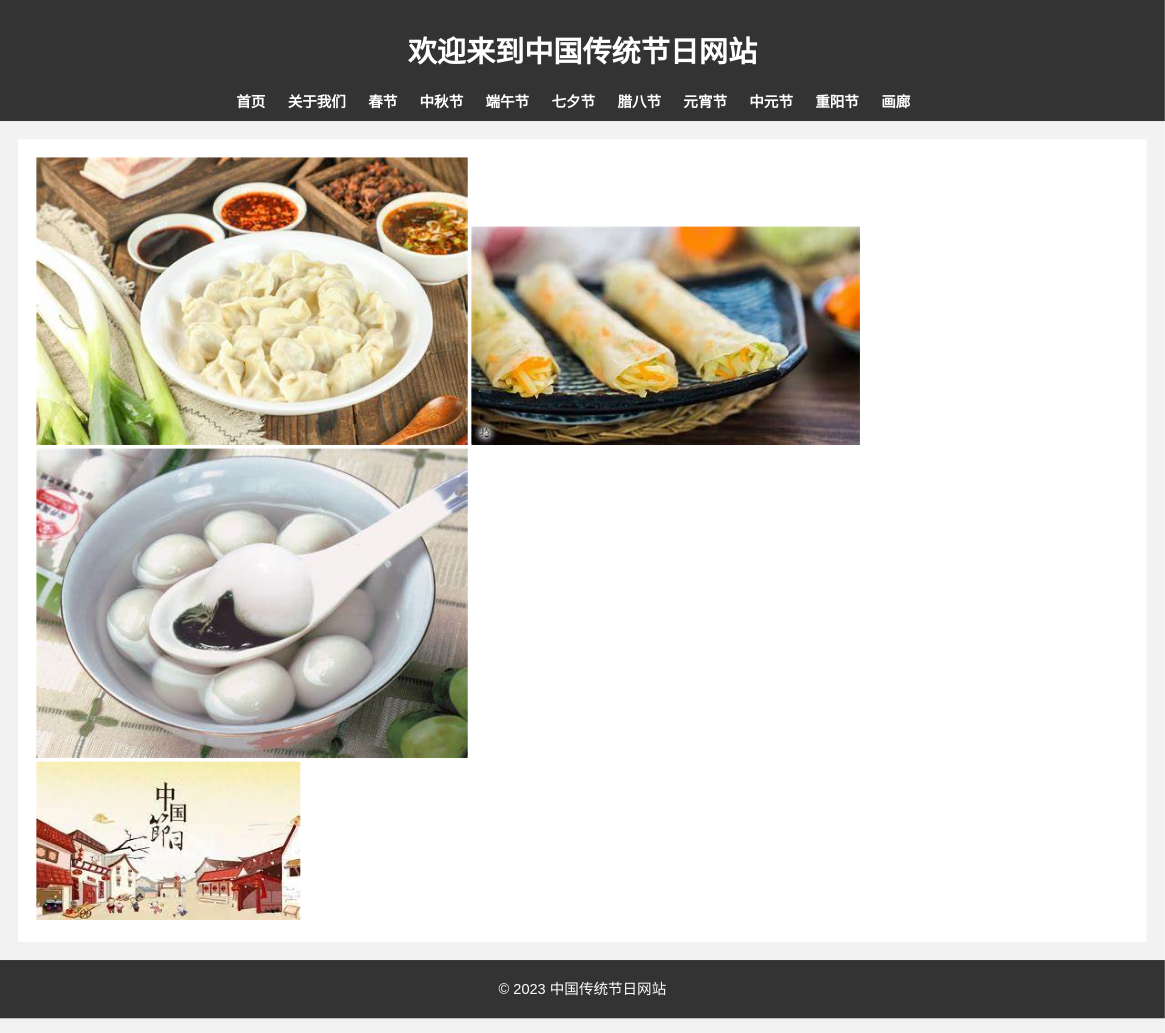
Repository: XueJie1/computer-operation-basics
Page: pages/gallery.html
An editor plug-in stored every save of this project. The page is shown before and after the next save, followed by the edit.
The browser window is 1280 px wide. The pictures show the whole page, at 91% of full size.

Above is the page before, as saved 2023-09-04 18:56:50.

### pages/gallery.html
<!DOCTYPE html>
<html lang="zh-CN">

<head>
    <meta charset="UTF-8">
    <meta name="viewport" content="width=device-width, initial-scale=1.0">
    <title>画廊 —— 中国传统节日</title>
    <link rel="stylesheet" type="text/css" href="../css/styles.css" />
    <script src="https://cdn.bootcdn.net/ajax/libs/jquery/3.6.4/jquery.js"></script>
</head>

<body>
    <header>
        <h1>欢迎来到中国传统节日网站</h1>
        <nav>
            <ul>
                <li><a href="index.html">首页</a></li>
                <li><a href="about.html">关于我们</a></li>
                <li><a href="./springfes/springfestival.html">春节</a></li>
                <li><a href="./midautumn/midautumnfestival.html">中秋节</a></li>
                <li><a href="./dragonboatfes/dragonboatfestival.html">端午节</a></li>
                <li><a href="./qixifes/qixifestival.html">七夕节</a></li>
                <li><a href="./labafes/labafestival.html">腊八节</a></li>
                <li><a href="./lanternfes/lanternfestival.html">元宵节</a></li>
                <li><a href="./hungryghostfes/hungryghostfestival.html">中元节</a></li>
                <li><a href="./doubleninthfes/doubleninthfestival.html">重阳节</a></li>
                <li><a href="#">画廊</a></li>
            </ul>
        </nav>
    </header>
    <main>
        <div class="gallery">
            <div class="thumbnails">
                <img src="../img/jiaozi.jpg" alt="jiaozi">
                <img src="../img/chunbing.jpg" alt="chunbing">
                <img src="../img/yuanxiao.jpg" alt="yuanxiao">

            </div>
            <div class="main-image">
                <img src="../img/banner.jpeg" alt="banner">
            </div>
        </div>
    </main>


    <footer>
        <p>&copy; 2023 中国传统节日网站</p>
    </footer>
</body>

</html>

### css/styles.css

body {
    font-family: Arial, sans-serif;
    margin: 0;
    padding: 0;
    background-color: #f2f2f2;
}

header , .header{
    background-color: #333;
    color: #fff;
    padding: 10px 0;
}


.header h1, header h1{
    text-align: center;
    text-decoration: none;
    color: #fff;
}

.banner {
    text-align: center;
    width: 100%;
    height: auto;
}

nav ul {
    list-style-type: none;
    margin: 0;
    padding: 0;
    text-align: center;
}

nav ul li {
    display: inline;
    margin-right: 20px;
}

nav ul li a {
    text-decoration: none;
    color: #fff;
    font-weight: bold;
    font-size: 16px;
}

nav ul li a:hover {
    color: #ff9900; /* 鼠标悬停时的颜色 */
}

main {
    margin: 20px 20px 20px 20px;
}

footer p , .footer p{
    color: #fff;
    text-align: center;
    background-color: #333;
    padding-top: 20px;
    padding-bottom: 20px;
}

/* 为网页容器设置样式 */
.container {
    display: flex;
}

/* 侧边栏样式 */
.sidebar {
    flex: 0 0 10%; /* 侧边栏占据25%的宽度 */
    background-color: #333;
    color: #fff;
    padding: 20px;
}

.sidebar ul {
    list-style-type: none;
    padding: 0;
}

.sidebar ul li {
    margin-bottom: 10px;
}

.sidebar ul li a {
    text-decoration: none;
    color: #fff;
    font-weight: bold;
    font-size: 16px;
}

/* 主内容区域样式 */
main {
    flex: 0 0 75%; /* 主内容区域占据75%的宽度 */
    background-color: #fff;
    padding: 20px;
}

/* 标题样式 */
/* h1 {
    font-size: 28px;
    color: #333;
    margin-top: 0;
} */

h2 {
    text-align: center;
    font-size: 24px;
    color: #333;
}

h3 {
    text-align: center;
}

/* 正文样式 */
p {
    font-size: 16px;
    line-height: 1.5;
    color: #555;
}

section {
    margin-left: 20px;
}

.img {
    text-align: center;
}

.img img {
    width: 350px;
    height: auto;
}

main li {
    color: #555;
}

After the next save:
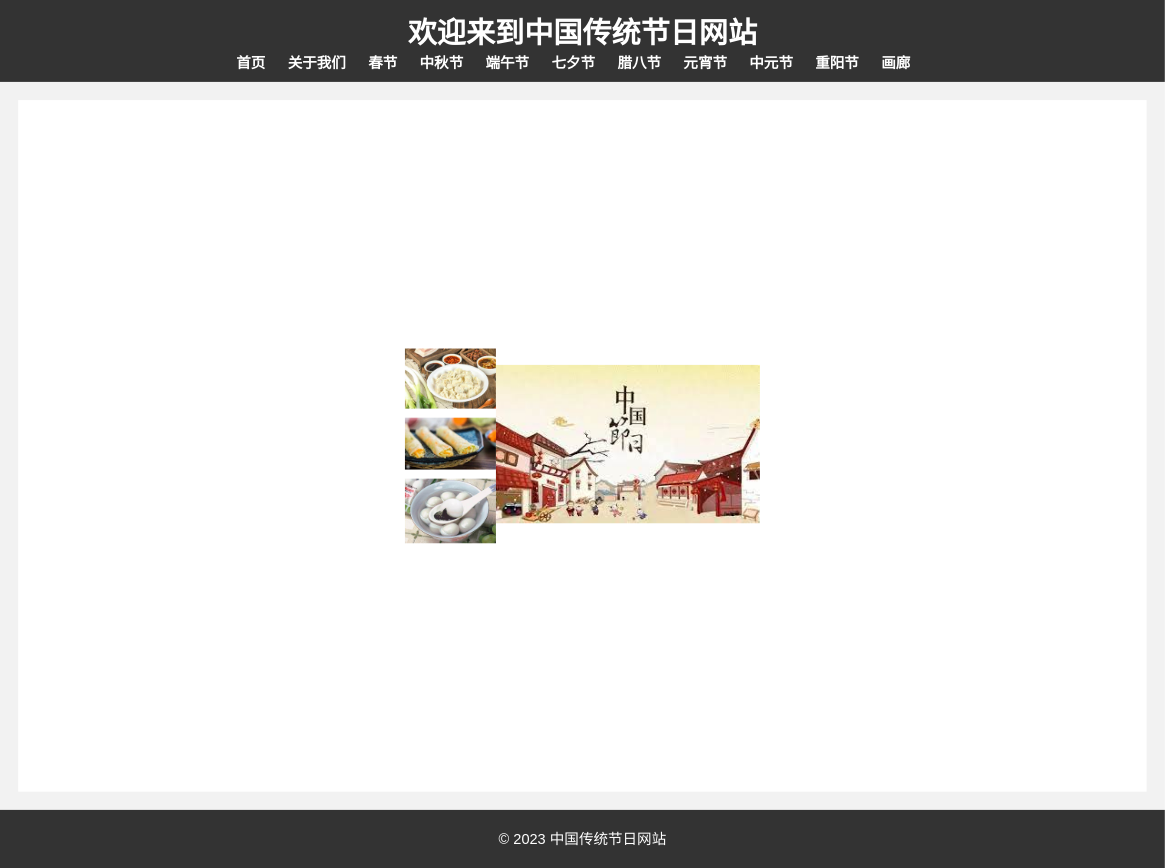
Saved 7 s later.
--- a/css/styles.css
+++ b/css/styles.css
@@ -135,4 +135,37 @@ section {
 
 main li {
     color: #555;
+}/* 重置默认的margin和padding */
+* {
+    margin: 0;
+    padding: 0;
+    box-sizing: border-box;
 }
+
+/* 设置整体画廊的样式 */
+.gallery {
+    display: flex;
+    justify-content: center;
+    align-items: center;
+    height: 100vh;
+}
+
+/* 设置缩略图区域的样式 */
+.thumbnails {
+    display: flex;
+    flex-direction: column;
+    align-items: center;
+    gap: 10px;
+}
+
+/* 设置缩略图的样式 */
+.thumbnails img {
+    width: 100px; /* 调整缩略图的宽度 */
+    cursor: pointer;
+}
+
+/* 设置主图像区域的样式 */
+.main-image img {
+    max-width: 100%;
+    max-height: 80vh; /* 限制主图像的最大高度 */
+}
